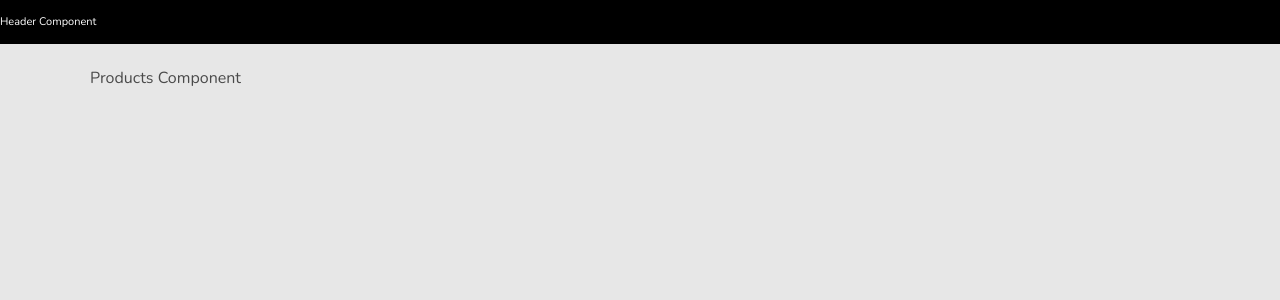
Repository: DraxZh/sneaker_shopping
Page: /
These files come from the project's save history. The page is drawn as it stood at one moment and after the next save; the edit follows.
The browser window is 1280 px wide. The pictures show the whole page.
The project was rebuilt for these pictures with package versions that can differ from the ones it lists, and the page was loaded fresh each time.

Above is the page before, as saved 2021-11-30 16:04:20.

### public/index.html
<!DOCTYPE html>
<html lang="en">
<head>
    <meta charset="UTF-8">
    <meta http-equiv="X-UA-Compatible" content="IE=edge">
    <meta name="viewport" content="width=device-width, initial-scale=1.0">
    <title>Sneaker Shopping</title>
    <link rel="stylesheet" href="https://cdn.jsdelivr.net/npm/bulma@0.9.3/css/bulma.min.css">
</head>
<body>
    <div id="root"></div>
</body>
</html>

### src/index.js
import React from 'react';
import ReactDom from 'react-dom';
import App from './components/App';
import './css/app.scss';
import './css/style.scss';

ReactDom.render(<App/>, document.getElementById('root'));

### src/components/App.js
import React from 'react';
import Header from './Header';
import Products from './Products';

class App extends React.Component{
    render(){
        return(
            <div className="main">
                <Header/>
                <Products/>
            </div>
        )
    }
}

export default App;

### src/css/app.scss
@charset 'utf-8';

@import url('https://fonts.googleapis.com/css?family=Nunito:400,700');
$purple: #5400f0;
$pink: #ff506d;
$dark: rgb(43, 43, 43);
$beige-lighter: rgb(231, 231, 231);

//update global variable
$family-sans-serif: 'Nunito', sans-serif;
$primary: $purple;
$link: $pink;
$body-background-color:$beige-lighter;

@import '../../node_modules/bulma/bulma.sass';

### src/css/style.scss
// ------ Navbar component -----
body {
  overflow: hidden;
}
// ------------ Header component --------
.header {
  background-color: rgba(0, 0, 0, 1);
  width: 100%;
  height: 44px;
  color: #fff;
  font-size: 11px;
  line-height: 44px;
  .grid {
    max-width: 1100px;
    margin: auto;
    display: flex;
    justify-content: space-between;
    align-items: center;
    & a {
      display: inline-block;
      color: #fff;
      padding: 0 8px;
      transition: all 0.2s;
      text-transform: uppercase;
      font-size: 13px;
      &:hover {
        color: #ddd;
      }
    }
    .nickname {
      padding-left: 0.4rem;
      font-size: 13px;
      cursor: pointer;
      &:hover {
        color: #ddd;
      }
      i {
        margin-right: 4px;
      }
    }
  }
}

// ------------- NotFound Component -------------

.not-found {
  display: flex;
  justify-content: center;
  align-items: center;
  height: 100vh;
  font-size: 1.6rem;
  font-weight: 900;
}
// ------------- ToolBox Component -------------
.tool-box {
  max-width: 1100px;
  margin: auto;
  border-bottom: 3px solid #333;
  padding: 2rem 0.2rem 1.5rem 0.2rem;
  display: flex;
  justify-content: space-between;
  align-items: center;
  .logo-text {
    font-size: 2rem;
    color: #333;
    font-weight: 600;
    text-transform: uppercase;
  }
  .search-box {
    .search-input {
      width: 600px;
      outline: 0;
    }
  }
  .cart-box {
    cursor: pointer;
    display: inline-block;
    color: #333;
    font-size: 1.2rem;
    .cart-num {
      margin-left: 4px;
    }
  }
}

// --------- Panel component ------------
.panel-wrapper {
  position: relative;
  z-index: 99;
  .panel {
    transition: all 0.3s ease-in-out;
    transform: translateX(25rem);
  }
  &.active {
    .over-layer {
      display: block;
    }
    .panel {
      transform: translateX(0);
    }
  }
}

.over-layer {
  display: none;
  position: fixed;
  top: 0;
  bottom: 0;
  left: 0;
  right: 0;
  background: rgba(0, 0, 0, 0.4);
  z-index: 9;
}
.panel {
  width: 25rem;
  position: fixed;
  top: 0;
  bottom: 0;
  right: 0;
  background: #fff;
  box-shadow: -3px 0 3px rgba(0, 0, 0, 0.04);
  transform: translateX(25rem);
  transition: all 0.3s ease-in-out;
  z-index: 99;
  .head {
    padding: 0.5rem;
    text-align: right;
    .close {
      font-size: 24px;
      font-weight: 600;
      color: #333;
      cursor: pointer;
      line-height: 1;
      margin-right: 4px;
    }
  }
}

// ------- products component ---------

.products {
  max-width: 1100px;
  margin: auto;
  padding: 1.4rem 0;
  .add-btn {
    position: fixed;
    right: 0;
    top: 10rem;
    z-index: 99;
  }
}

.product-fade-enter {
  opacity: 0.1;
}
.product-fade-enter-active {
  opacity: 1;
  transition: all 0.3s ease-in;
}

.product-fade-exit {
  opacity: 1;
}
.product-fade-exit-active {
  opacity: 0.1;
  transition: all 0.3s ease-in;
}

// -------- product component -------

.product {
  width: 265px;
  background: #fff;
  padding: 1.5rem;
  .p-head {
    height: 1.2rem;
    .edit-btn {
      cursor: pointer;
      color: rgb(216, 215, 215);
    }
  }
  .p-content {
    .img-wrapper {
      position: relative;
      .out-stock-text {
        position: absolute;
        top: 0;
        bottom: 0;
        right: 0;
        left: 0;
        background: rgba(255, 255, 255, 0.85);
        display: flex;
        justify-content: center;
        align-items: center;
        color: rgb(199, 84, 18);
        z-index: -1;
        font-weight: 800;
        font-size: 16px;
        text-transform: uppercase;
      }
      img {
        max-width: 100%;
        height: auto;
      }
    }
    .p-tags {
      margin-top: 0.5rem;
      color: rgb(165, 165, 165);
      font-size: 13px;
      padding: 8px 0;
      height: 2rem;
      overflow: hidden;
      text-overflow: ellipsis;
      white-space: nowrap;
    }
    .p-name {
      font-size: 14px;
      color: #333;
      font-weight: 500;
      display: -webkit-box !important;
      overflow: hidden;
      text-overflow: ellipsis;
      word-break: break-all;
      -webkit-box-orient: vertical;
      -webkit-line-clamp: 2;
      height: 2.5rem;
      &:hover {
        color: rgb(38, 99, 190);
      }
    }
  }
  .p-footer {
    display: flex;
    justify-content: space-between;
    align-items: center;
    margin-top: 8px;
    .price {
      color: #333;
      font-weight: 600;
      // &::before {
      //   content: '￥';
      //   font-size: 12px;
      // }
    }
    .add-cart {
      outline: none;
      border: none;
      padding: 0;
      background-color: #eee;
      width: 2rem;
      height: 2rem;
      border-radius: 50%;
      color: rgb(143, 140, 140);
      cursor: pointer;
      transition: all 0.2s;
      &:hover {
        background-color: #333;
        color: #fff;
      }
      &:active {
        background-color: rgb(10, 88, 133);
        color: #fff;
      }
      i {
        transform: translateX(-8%);
      }
      i:last-child {
        display: none;
      }
      &:disabled {
        cursor: not-allowed;
        background-color: #f9f9f9;
        color: rgb(199, 84, 18);
      }
      &:disabled > i:first-child {
        display: none;
      }
      &:disabled > i:last-child {
        display: inline !important;
      }
    }
  }
}
.out-stock {
  .out-stock-text {
    z-index: 1 !important;
  }
}

// ------------ cart component --------
.cart-page {
  max-width: 1100px;
  margin: auto;
  margin-top: 1rem;
  padding: 1rem;
  .cart-title {
    color: #333;
    font-weight: 500;
    font-size: 18px;
    border-bottom: 2px solid #333;
  }
  .cart-list {
    margin-top: 2rem;
    padding: 0rem 1rem;
    background: #fff;
    color: #333;
    .close {
      font-weight: 800;
      display: block;
      padding: 0 8px;
      cursor: pointer;
    }
    .cart-name {
      width: 400px;
      overflow: hidden;
      text-overflow: ellipsis;
      white-space: nowrap;
    }
    .num-input {
      border: 2px solid rgb(212, 210, 210);
      border-radius: 0;
      width: 100px;
      font-size: 14px;
    }
    .price {
      font-weight: 600;
      // &::before {
      //   content: '￥';
      //   font-size: 12px;
      //   margin-right: 2px;
      // }
    }
    .sum-price {
      font-weight: 600;
      color: rgb(214, 111, 111);
      // &::before {
      //   content: '￥';
      //   font-size: 12px;
      //   margin-right: 2px;
      // }
    }
    & td {
      vertical-align: middle;
    }
  }
  .no-cart {
    padding: 1.5rem;
    background: #fff;
    text-align: center;
    margin-top: 1.5rem;
  }
  .cart-total {
    margin-top: 1.5rem;
    text-align: right;
    color: #333;
    .total-price {
      margin-left: 8px;
      font-size: 20px;
      font-weight: 600;
      color: rgb(214, 111, 111);
      // &::before {
      //   content: '￥';
      //   font-size: 16px;
      // }
    }
  }
}
.cart-item-enter {
  opacity: 0.1;
  transition: all 0.3s ease-in;
}
.cart-item-enter.cart-item-enter-active {
  opacity: 1;
}
.cart-item-exit {
  opacity: 1;
  transition: all 0.3s ease-in;
}
.cart-item-exit.cart-item-exit-active {
  opacity: 0.1;
}

// ---------- Inventory Component --------
.inventory {
  padding: 1rem 2rem;
}

// ----------- User Profile Components -------
.user-profile {
  padding: 1rem 2rem;
}

// --------- Login Page --------------
.login-wrapper {
  display: flex;
  justify-content: center;
  align-items: center;
  height: 100vh;
  .login-box {
    width: 350px;
    padding: 1.5rem 1.5rem 2rem 1.5rem;
  }
}

// --------- response ----------------
@media screen and (max-width: 768px) {
  .product {
    width: 100%;
  }
  .panel {
    width: 100%;
  }
  .products {
    padding: 0;
  }
  .tool-box {
    padding: 1.5rem 1rem;
  }
  .tool-box > .search-box {
    display: none;
  }
  .cart-name {
    width: auto !important;
    white-space: normal !important;
  }
  .login-box {
    width: 100%;
  }
}

### src/components/Header.js
import React from 'react';

class Header extends React.Component{
    render(){
        return(
            <div className="header">
                <p>Header Component</p>
            </div>
        )
    }
}

export default Header;

### src/components/Products.js
import React from 'react';

class Products extends React.Component{
    render(){
        return(
            <div className="products">
                <p>Products Component</p>
            </div>
        )
    }
}

export default Products;

After the next save:
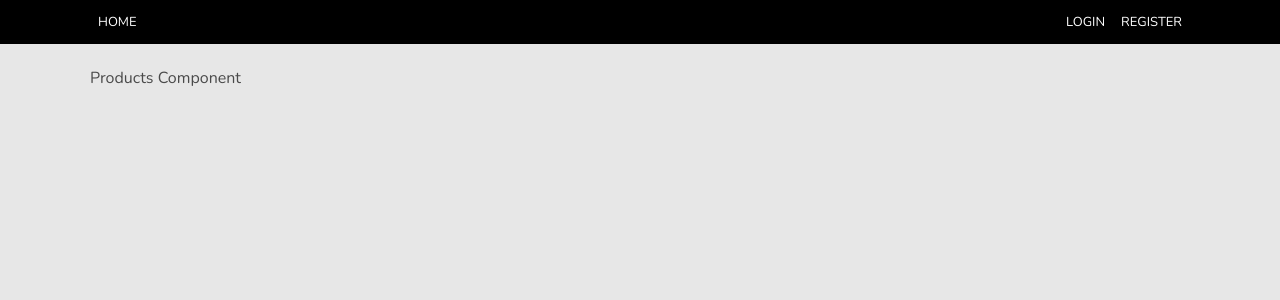
Saved 20 min 49 s later.
--- a/src/components/Header.js
+++ b/src/components/Header.js
@@ -4,7 +4,15 @@
     render(){
         return(
             <div className="header">
-                <p>Header Component</p>
+                <div className="grid">
+                    <div className="start">
+                        <a href="/">Home</a>
+                    </div>
+                    <div className="end">
+                        <a href="/">Login</a>
+                        <a href="/">Register</a>
+                    </div>
+                </div>
             </div>
         )
     }
